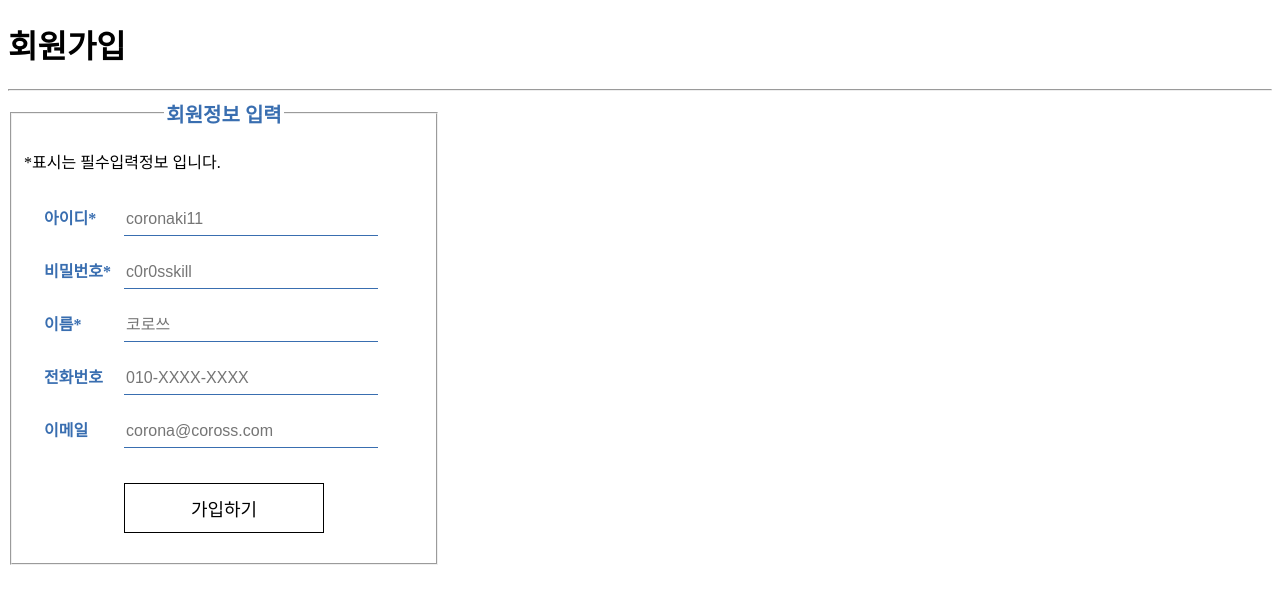
Repository: bbookk1104/spring-workspace
Page: http://localhost/practice_CRUD/joinFrm.do
The author's editor kept a copy of each file at every save. The page is drawn from the files as they stood at one save, then again after the next save.
The browser window is 1280 px wide. The pictures show the whole page.
The page is served by Tomcat 9. Other server files are loaded and not shown.

Above is the page before, as saved 2022-09-30 10:13:53.

### practice_CRUD/src/main/webapp/WEB-INF/views/member/joinFrm.jsp
<%@ page language="java" contentType="text/html; charset=UTF-8"
    pageEncoding="UTF-8"%>
<!DOCTYPE html>
<html>
<head>
<meta charset="UTF-8">
<title>회원가입</title>
<style>
	ul{
		margin: 20px;
		padding: 0;
	}
	li{
		list-style-type: none;
	}
	input[type=text], input[type=password]{
		width: 250px;
		height: 30px;
		margin: 10px 0px 10px 0px;
		border: 0;
		border-bottom: 1px solid #396EB0;
		font-size: 16px;
	}
	input:focus{
		outline: 0;
		color: #396EB0;
		font-weight: bold;
	}
	input[type=submit]{
		margin-top: 25px;
		width:200px;
		height:50px;
		border: 1px solid #000;
		background-color: #fff;
		font-size: 18px;
	}
	input[type=submit]:hover{
		cursor: pointer;
		border-color: #396EB0;
		background-color: #396EB0;
		color: #fff;
		font-weight: bold;
		transition: 0.5s;
	}
	label{
		display: inline-block;
		width: 80px;
		height: 30px;
		color: #396EB0;
		font-weight: 900;
	}
	fieldset{
		width: 400px;
	}
	legend{
		color: #396EB0;
		font-weight: 900;
		font-size: 20px;
		text-align: center;
	}
</style>
</head>
<body>
	<h1>회원가입</h1>
	<hr>
	<form action="/insertMember.do" method="post">
		<fieldset>
			<legend>회원정보 입력</legend>
			<p>*표시는 필수입력정보 입니다.</p>
			<ul>
				<li><label for="id">아이디*</label><input type="text" name="memberId" id="id" placeholder="coronaki11" autocomplete="off" required></li>
				<li><label for="pw">비밀번호*</label><input type="password" name="memberPw" id="pw" placeholder="c0r0sskill" autocomplete="off" required></li>
				<li><label for="name">이름*</label><input type="text" name="memberName" id="name" placeholder="코로쓰" autocomplete="off" required></li>
				<li><label for="phone">전화번호</label><input type="text" name="phone" id="phone" placeholder="010-XXXX-XXXX" autocomplete="off"></li>
				<li><label for="email">이메일</label><input type="text" name="email" id="email" placeholder="corona@coross.com" autocomplete="off"></li>
				<li style="text-align: center;"><input type="submit" value="가입하기"></li>
			</ul>
		</fieldset>
	</form>
</body>
</html>

After the next save:
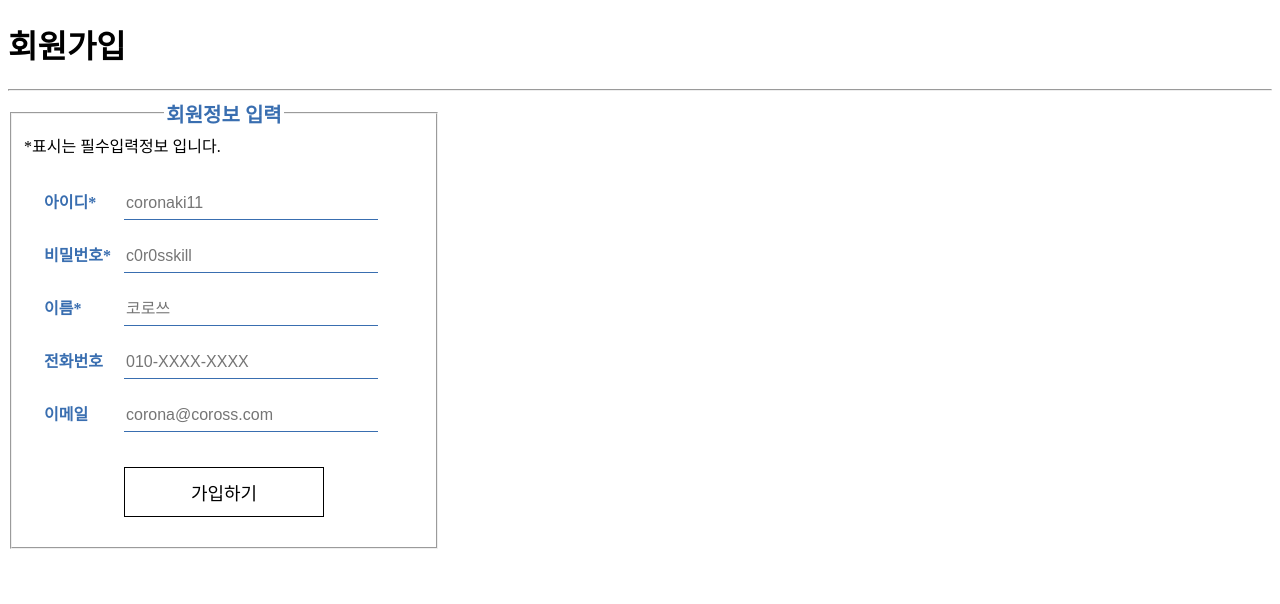
Saved 20 s later.
--- a/practice_CRUD/src/main/webapp/WEB-INF/views/member/joinFrm.jsp
+++ b/practice_CRUD/src/main/webapp/WEB-INF/views/member/joinFrm.jsp
@@ -66,7 +66,7 @@
 	<form action="/insertMember.do" method="post">
 		<fieldset>
 			<legend>회원정보 입력</legend>
-			<p>*표시는 필수입력정보 입니다.</p>
+			<span>*표시는 필수입력정보 입니다.</p>
 			<ul>
 				<li><label for="id">아이디*</label><input type="text" name="memberId" id="id" placeholder="coronaki11" autocomplete="off" required></li>
 				<li><label for="pw">비밀번호*</label><input type="password" name="memberPw" id="pw" placeholder="c0r0sskill" autocomplete="off" required></li>

After the 2 saves that followed:
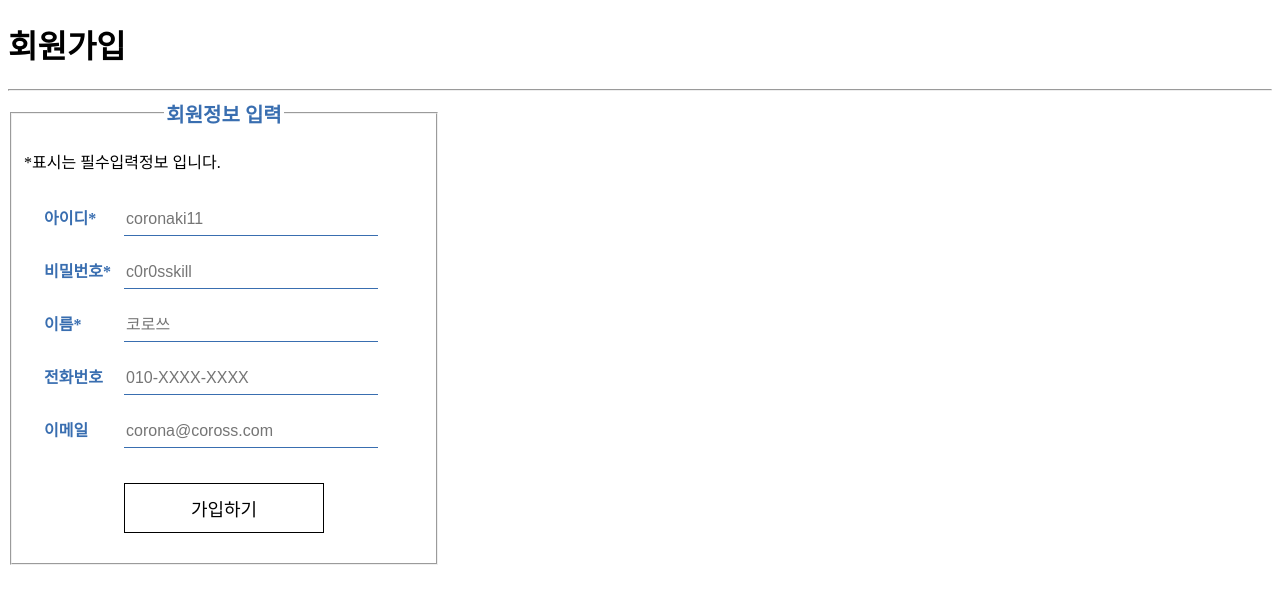
The 2 saves are shown as one change because 1 left the picture as it was.
The last was saved 16 s later.
--- a/practice_CRUD/src/main/webapp/WEB-INF/views/member/joinFrm.jsp
+++ b/practice_CRUD/src/main/webapp/WEB-INF/views/member/joinFrm.jsp
@@ -66,7 +66,7 @@
 	<form action="/insertMember.do" method="post">
 		<fieldset>
 			<legend>회원정보 입력</legend>
-			<span>*표시는 필수입력정보 입니다.</p>
+			<p>*표시는 필수입력정보 입니다.</p>
 			<ul>
 				<li><label for="id">아이디*</label><input type="text" name="memberId" id="id" placeholder="coronaki11" autocomplete="off" required></li>
 				<li><label for="pw">비밀번호*</label><input type="password" name="memberPw" id="pw" placeholder="c0r0sskill" autocomplete="off" required></li>
